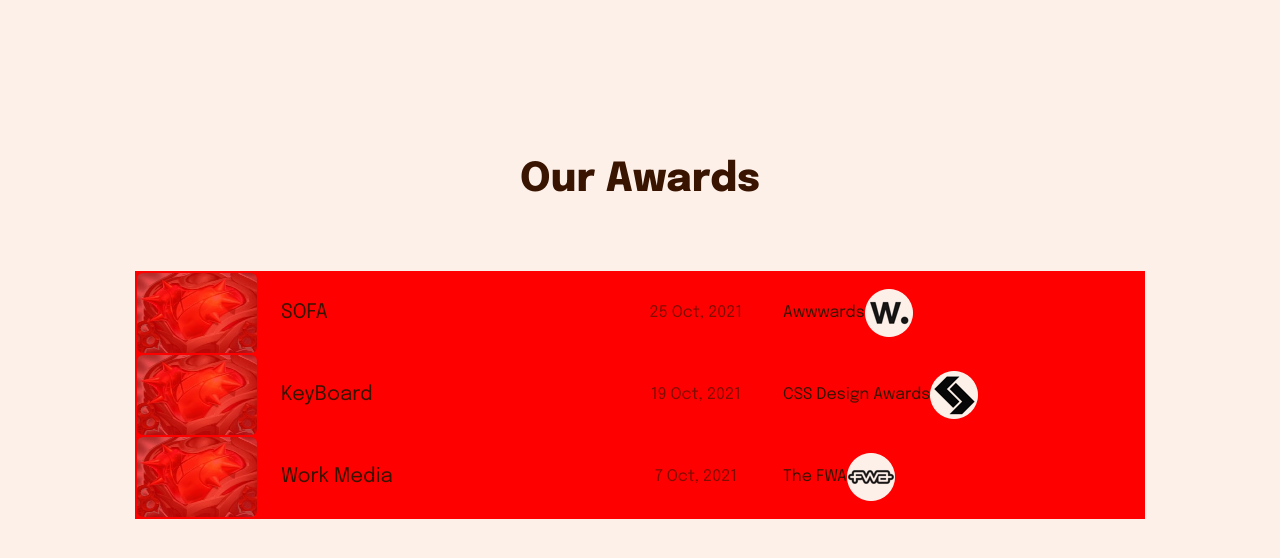
Repository: PoladEziz/Task-19
Page: index.html
An editor plug-in stored every save of this project. The page is shown before and after a run of saves, followed by the edit.
The browser window is 1280 px wide. The pictures show the whole page.
The style sheet was rebuilt from its Sass, Less or Tailwind sources for each picture, by a compiler version that may differ from the author's.

Above is the page before, as saved 2023-09-12 15:49:31.

### index.html
<!DOCTYPE html>
<html lang="en">
  <head>
    <meta charset="UTF-8" />
    <meta name="viewport" content="width=device-width, initial-scale=1.0" />
    <title>Document</title>
    <link rel="stylesheet" href="./index.css" />
  </head>

  <body>
    <div class="awards">
      <h1>Our Awards</h1>
      <table>
        <tr>
          <td>
            <div class="left-box">
              <img class="first" src="./foto.jpg" alt="" />
              <h2>SOFA</h2>
            </div>
          </td>
          <td>
            <p>25 Oct, 2021</p>
          </td>
          <td>
            <div class="right-box">
              <h3>Awwwards</h3>
            <img src="./img/Bitmap (8).png" alt="" />
            </div>

          </td>
        </tr>
        <tr>
          <td>
            <div class="left-box">
              <img class="first" src="./foto.jpg" alt="" />
              <h2>KeyBoard</h2>
            </div>
          </td>
          <td>
            <p>19 Oct, 2021</p>
          </td>
          <td>
            <div class="right-box">
              <h3>CSS Design Awards</h3>
              <img src="./img/Bitmap (9).png" alt="" />
            </div>

          </td>
        </tr>
        <tr>
          <td>
            <div class="left-box">
              <img class="first" src="./foto.jpg" alt="" />
              <h2>Work Media</h2>
            </div>

          </td>
          <td>
            <p>7 Oct, 2021</p>
          </td>
          <td>
            <div class="right-box">
              <h3>The FWA</h3>
              <img src="./img/Bitmap (10).png" alt="" />
            </div>

          </td>
        </tr>
      </table>
    </div>
  </body>
</html>

### index.scss
@import url('https://fonts.googleapis.com/css2?family=Epilogue:wght@400;800&display=swap');

* {
    padding: 0;
    margin: 0;
    box-sizing: border-box;
}

.awards {
    width: 100%;
    min-height: 100vh;
    background: #FDF0E9;
    padding: 156px 135px;

    h1 {
        color: var(--Text_Dark, #391400);
        text-align: center;
        font-feature-settings: 'clig' off, 'liga' off;
        font-family: Epilogue;
        font-size: 40px;
        font-style: normal;
        font-weight: 800;
        line-height: 48px;
    }

    table {
        width: 100%;
        margin-top: 67px;
        background-color: red;
        tr {
            width: 100%;
            /* display: flex;
            justify-content: space-between; */
            align-items: center;
            td {

                .first {
                    width: 120px;
                    height: 80px;
                    border-radius: 6px;
                    opacity: 0.3181;
                    background: #5C2000;
                }

                h2 {
                    margin-left: 24px;
                    color: var(--Text_Dark, #391400);
                    font-feature-settings: 'clig' off, 'liga' off;
                    font-family: Epilogue;
                    font-size: 20px;
                    font-style: normal;
                    font-weight: 400;
                    line-height: 32px;
                }

                p {
                    color: var(--Text_Dark_Gray, rgba(57, 20, 0, 0.64));
                    text-align: center;
                    font-feature-settings: 'clig' off, 'liga' off;
                    font-family: Epilogue;
                    font-size: 16px;
                    font-style: normal;
                    font-weight: 400;
                    line-height: 32px;
                }

                h3 {
                    color: var(--Text_Dark, #391400);
                    text-align: right;
                    font-feature-settings: 'clig' off, 'liga' off;
                    font-family: Epilogue;
                    font-size: 16px;
                    font-style: normal;
                    font-weight: 400;
                    line-height: 32px;
                }
            }
            .left-box, .right-box{
                display: flex;
                align-items: center;
            }
        }
    }
}

After the next 2 saves:
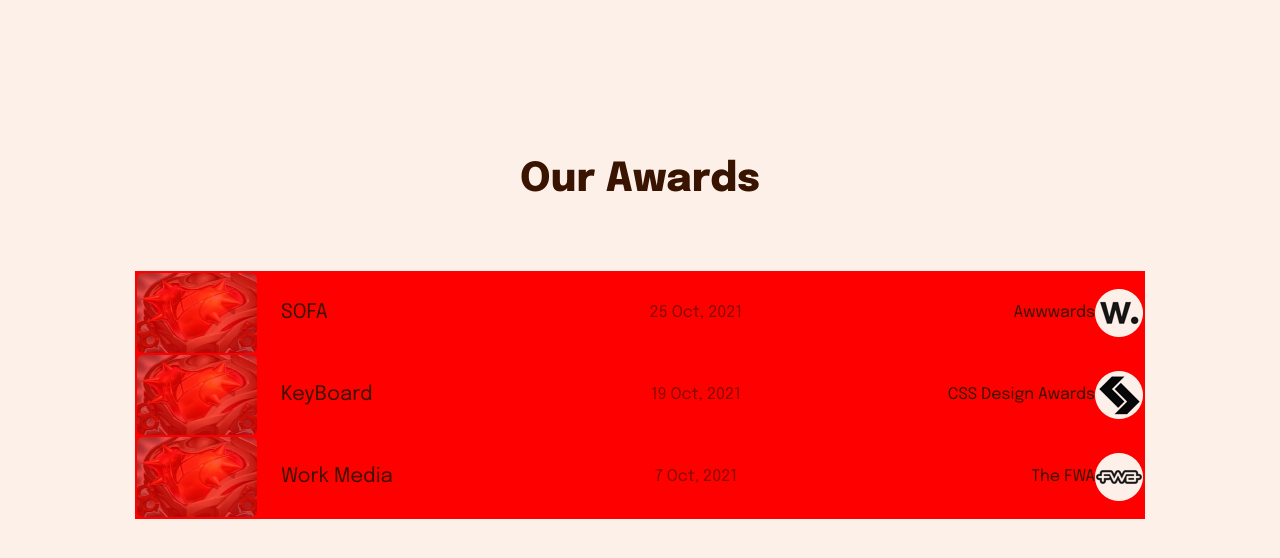
The 2 saves are shown as one change because they came seconds apart.
The last was saved 22 s later.
--- a/index.scss
+++ b/index.scss
@@ -79,6 +79,9 @@
                 display: flex;
                 align-items: center;
             }
+            .right-box{
+                justify-content: flex-end;
+            }
         }
     }
 }
